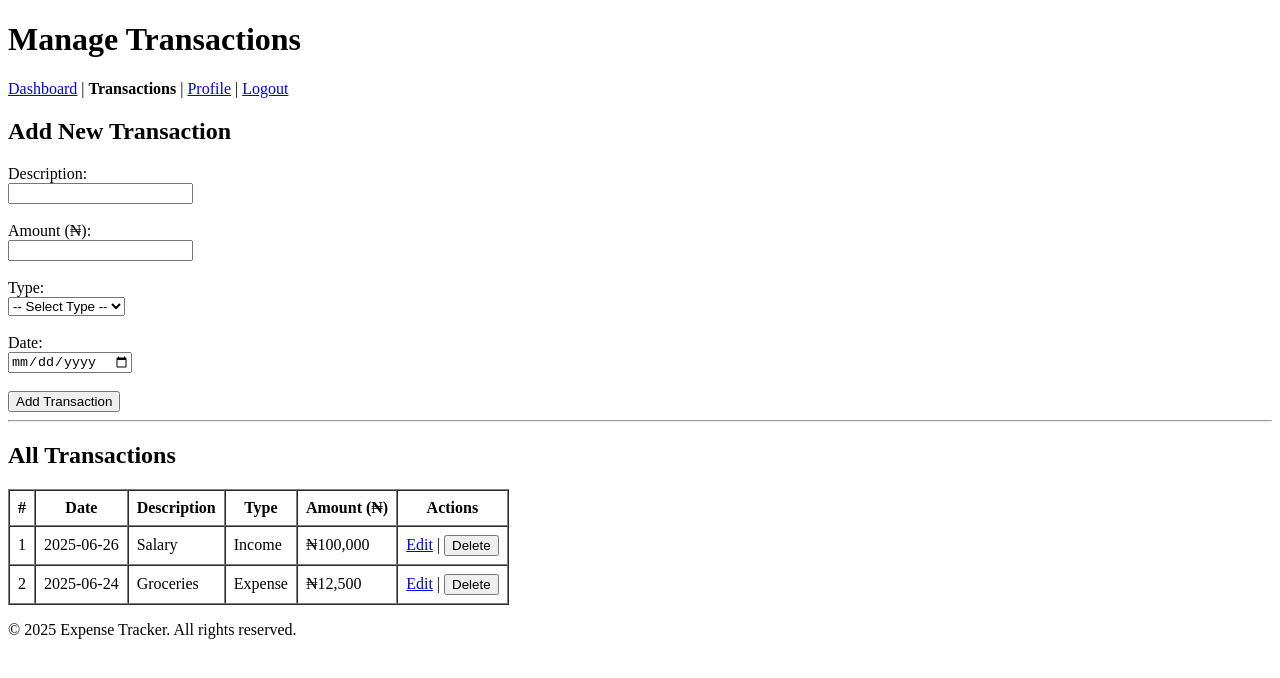
Repository: An-tonDev/expense-tracker
Page: public/transaction.html
These files come from the project's save history. The page is drawn as it stood at one moment and after the next save; the edit follows.
The browser window is 1280 px wide. The pictures show the whole page.

Above is the page before, as saved 2025-06-27 09:24:09.

After the next save:
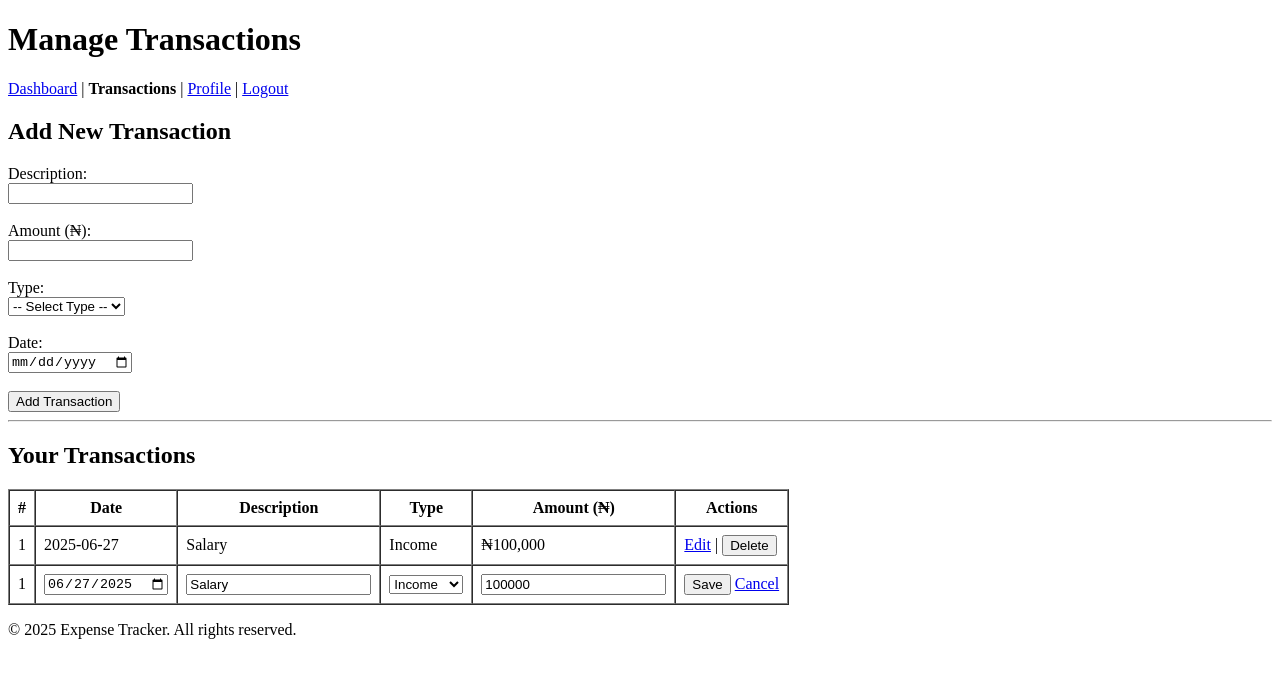
Saved 1 s later.
--- a/public/transaction.html
+++ b/public/transaction.html
@@ -2,8 +2,8 @@
 <html lang="en">
 <head>
   <meta charset="UTF-8" />
-  <meta name="viewport" content="width=device-width, initial-scale=1.0" />
-  <title>Manage Transactions - Expense Tracker</title>
+  <meta name="viewport" content="width=device-width, initial-scale=1.0"/>
+  <title>Transaction Management - Expense Tracker</title>
 </head>
 <body>
 
@@ -44,9 +44,9 @@
 
   <hr />
 
-  <!-- Transaction List -->
+  <!-- Transaction Table -->
   <section>
-    <h2>All Transactions</h2>
+    <h2>Your Transactions</h2>
     <table border="1" cellspacing="0" cellpadding="8">
       <thead>
         <tr>
@@ -59,34 +59,45 @@
         </tr>
       </thead>
       <tbody>
-        <!-- Sample Rows -->
+
+        <!-- Row 1: Normal display -->
         <tr>
           <td>1</td>
-          <td>2025-06-26</td>
+          <td>2025-06-27</td>
           <td>Salary</td>
           <td>Income</td>
           <td>₦100,000</td>
           <td>
-            <a href="/transactions/edit/1">Edit</a> |
+            <a href="#edit1">Edit</a>
+            |
             <form action="/transactions/delete/1" method="POST" style="display:inline;">
               <button type="submit">Delete</button>
             </form>
           </td>
         </tr>
-        <tr>
-          <td>2</td>
-          <td>2025-06-24</td>
-          <td>Groceries</td>
-          <td>Expense</td>
-          <td>₦12,500</td>
-          <td>
-            <a href="/transactions/edit/2">Edit</a> |
-            <form action="/transactions/delete/2" method="POST" style="display:inline;">
-              <button type="submit">Delete</button>
-            </form>
-          </td>
+
+        <!-- Row 2: Editable row -->
+        <tr id="edit1">
+          <form action="/transactions/update/1" method="POST">
+            <td>1</td>
+            <td><input type="date" name="date" value="2025-06-27" required /></td>
+            <td><input type="text" name="description" value="Salary" required /></td>
+            <td>
+              <select name="type" required>
+                <option value="income" selected>Income</option>
+                <option value="expense">Expense</option>
+              </select>
+            </td>
+            <td><input type="number" name="amount" value="100000" required /></td>
+            <td>
+              <button type="submit">Save</button>
+              <a href="#">Cancel</a>
+            </td>
+          </form>
         </tr>
-        <!-- Repeat with backend data -->
+
+        <!-- More transactions below as needed -->
+
       </tbody>
     </table>
   </section>
